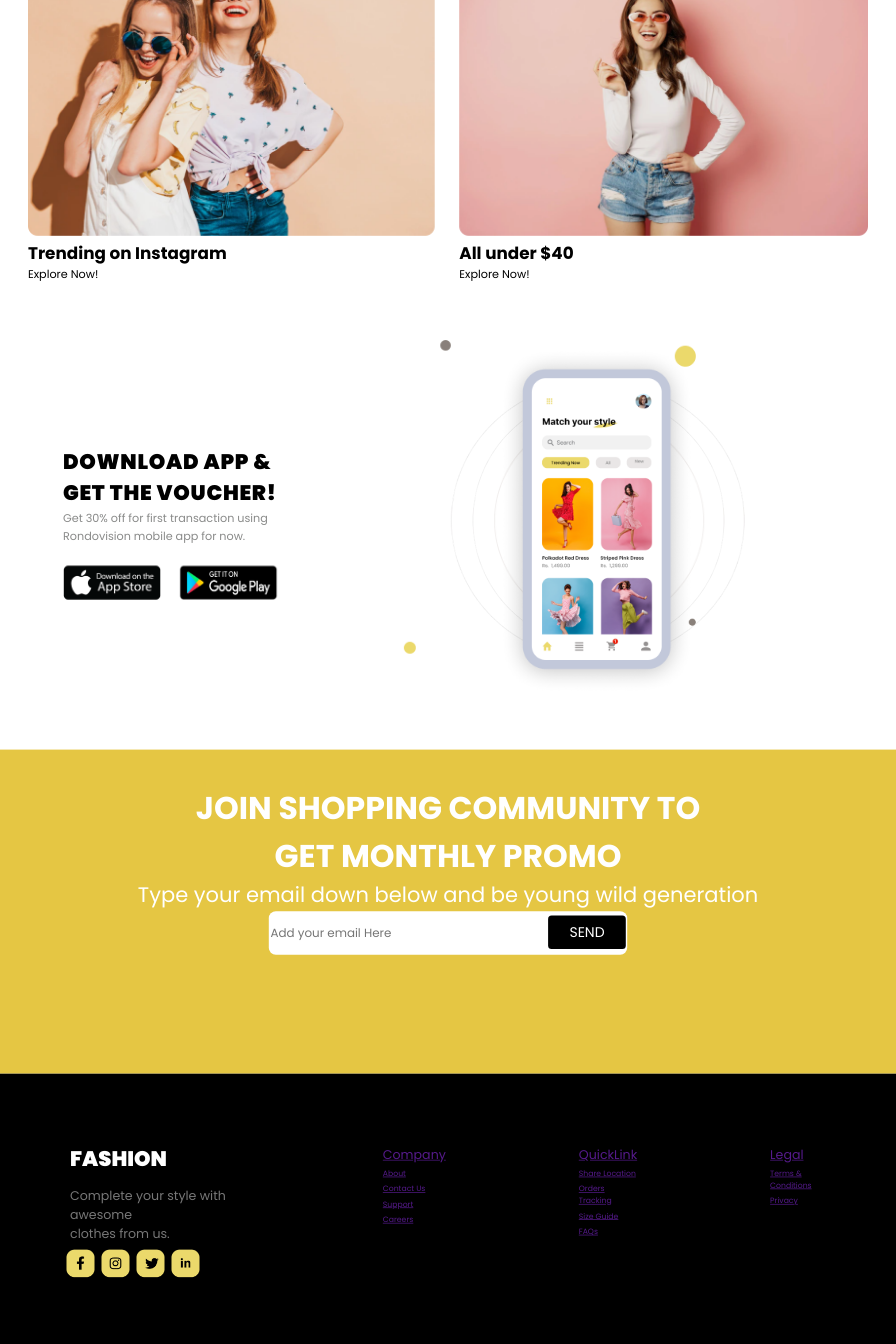
Repository: isaacCodes1/FashionWebsite
Page: index.html
An editor plug-in stored every save of this project. The page is shown before and after the next save, followed by the edit.
The browser window is 1280 px wide. The pictures show the part of the page from y = 2497 to 4417 px (the page is 4417 px tall), at 70% of full size.

Above is the page before, as saved 2024-03-14 11:38:17.

After the next save:
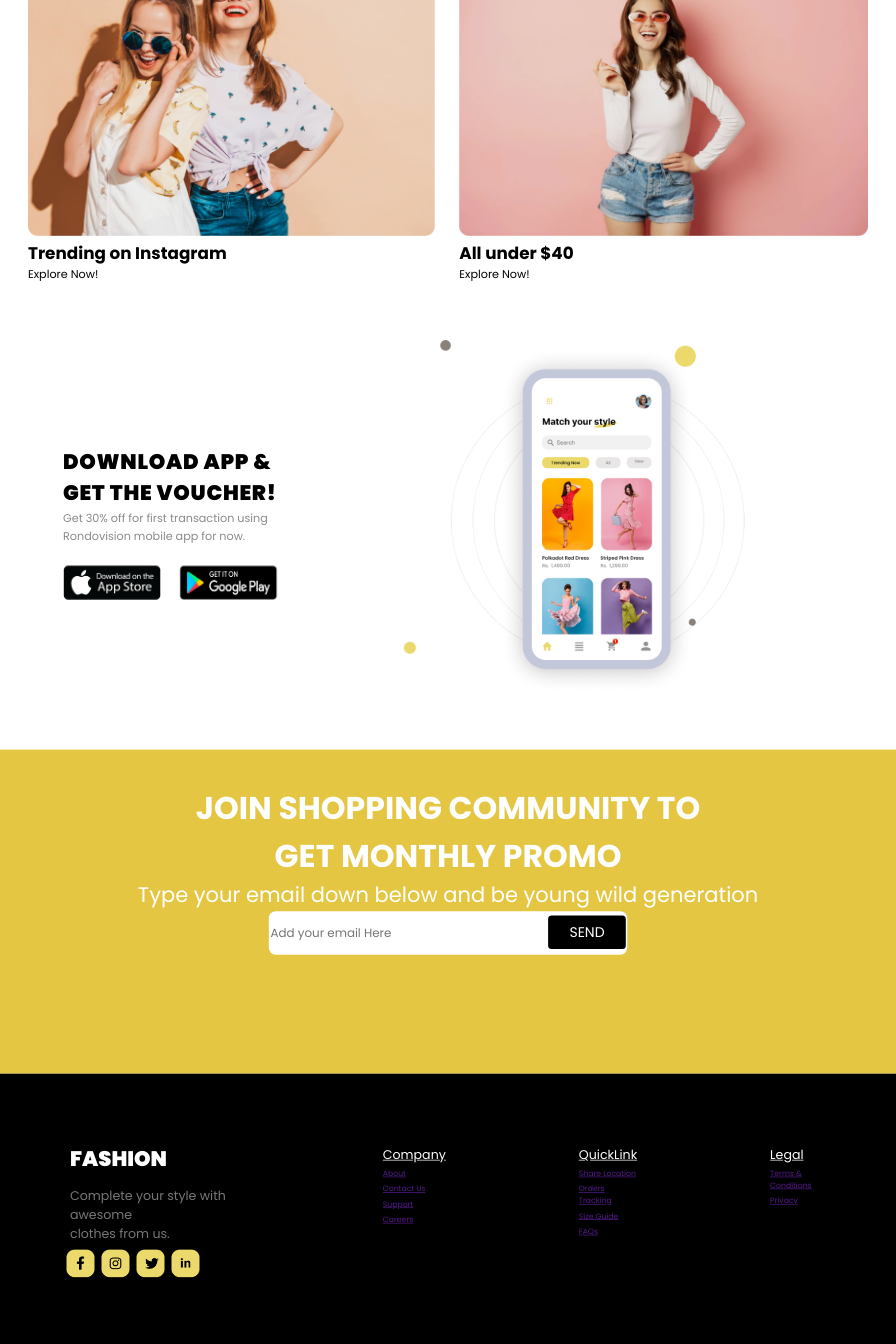
Saved 8 s later.
--- a/style.css
+++ b/style.css
@@ -558,7 +558,8 @@
   margin-bottom: 50px;
 }
 .links1 a{
-
+  color: #fff;
+  font-size: 18px;
 }
 .links1 {
   display: flex;
